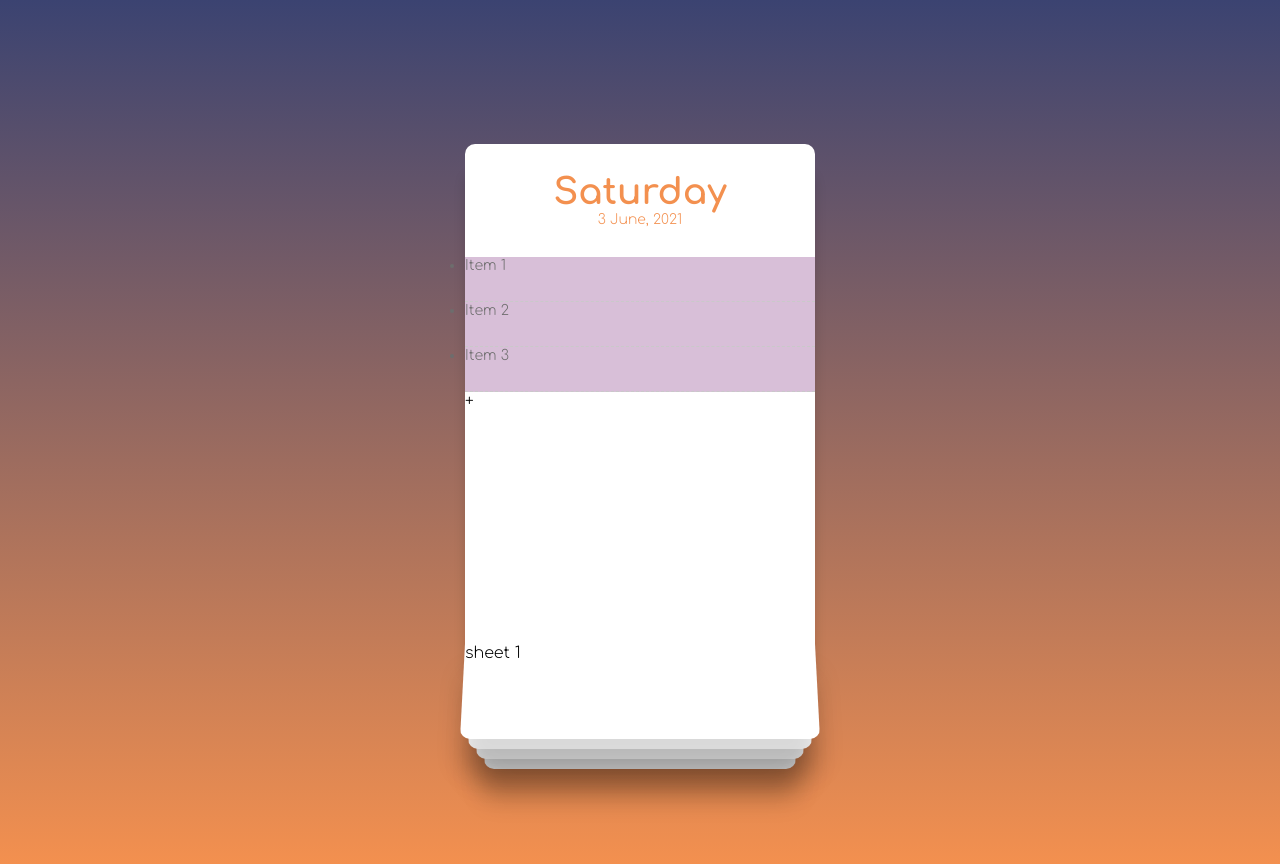
Repository: Colo-Codes/mini-projects
Page: todo-app/index.html
The author's editor kept a copy of each file at every save. The page is drawn from the files as they stood at one save, then again after the next save.
The browser window is 1280 px wide. The pictures show the whole page.

Above is the page before, as saved 2021-07-04 12:00:55.

After the next save:
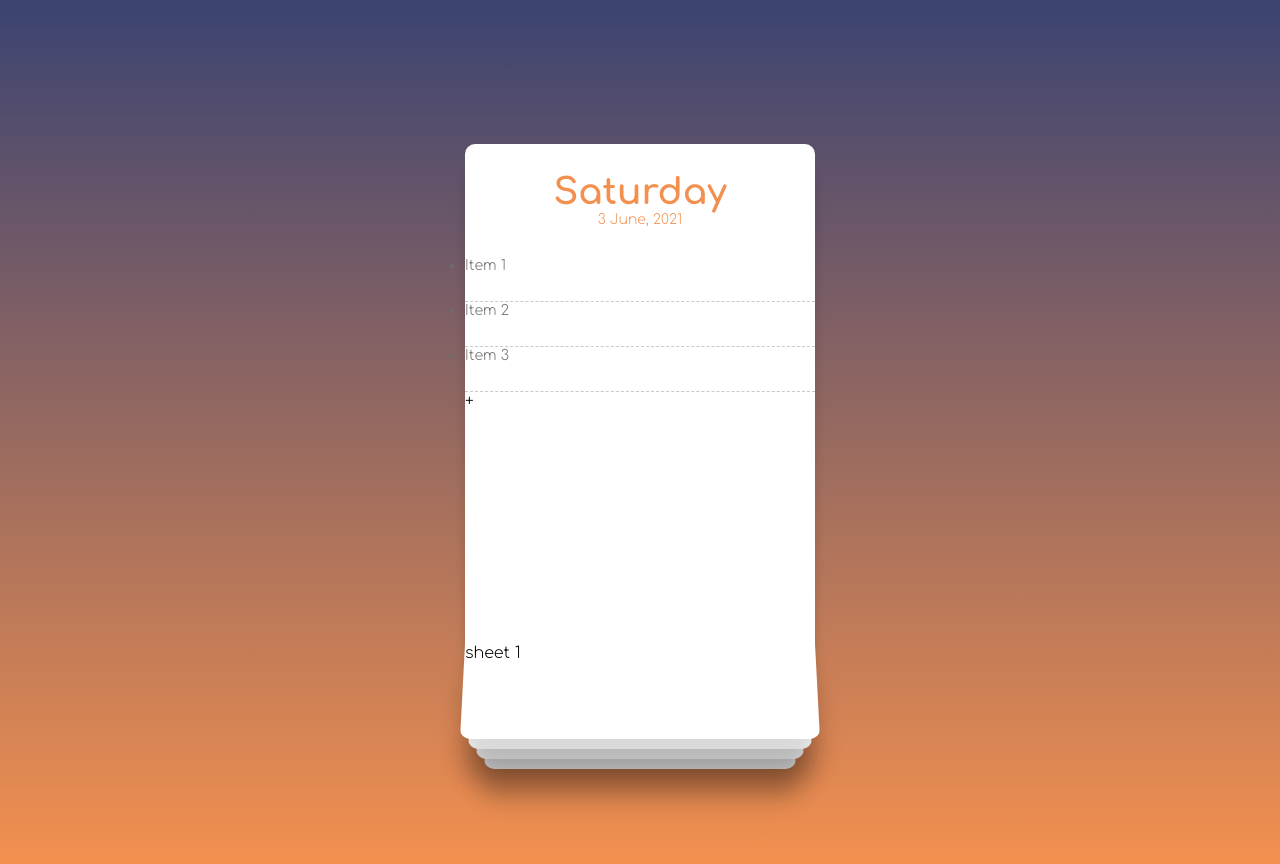
Saved 8 s later.
--- a/todo-app/css/index.css
+++ b/todo-app/css/index.css
@@ -124,6 +124,5 @@ div [id^='sheet-'] {
     font-size: 0.89rem;
     color: #6d6d6d;
     height: 45px;
-    background-color: thistle;
     border-bottom: 1px dashed #c9c9c9;
 }
